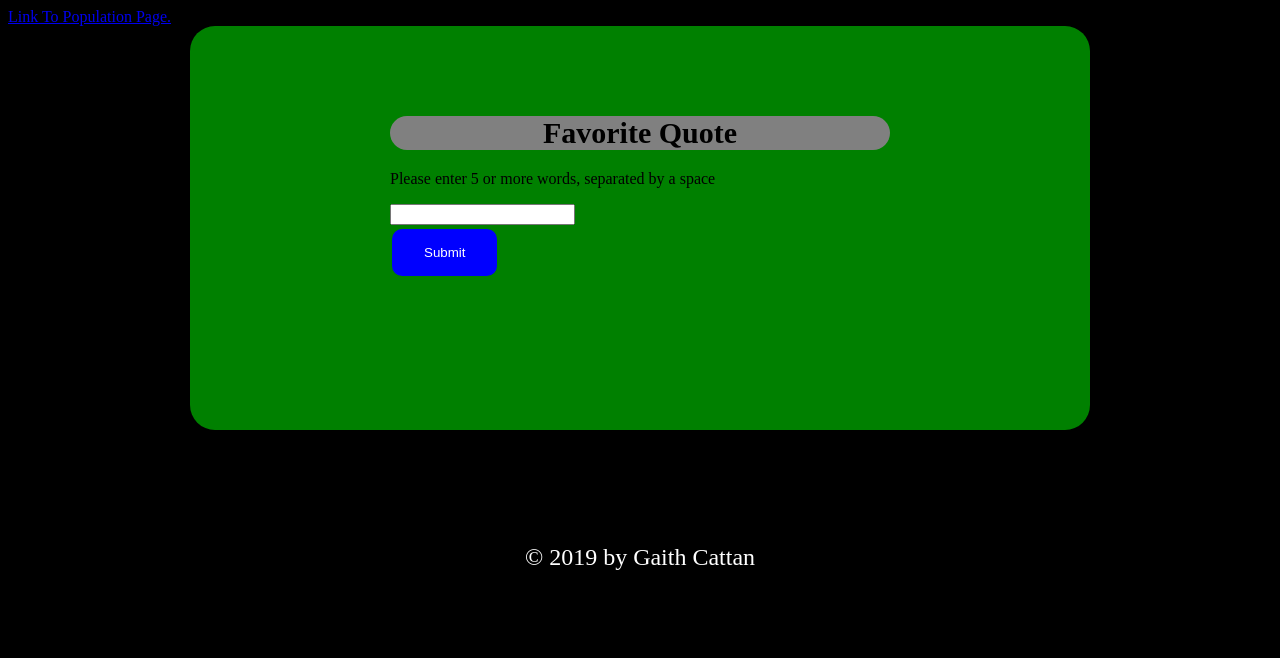
Repository: GaithCattan/COSW30
Page: labwork/lab5/favoritequote.html
The author's editor kept a record of every edit. The page is drawn from the files as they stood at one moment, then again after the next edit.
The browser window is 1280 px wide. The pictures show the whole page.

Above is the page before.

After the next edit:
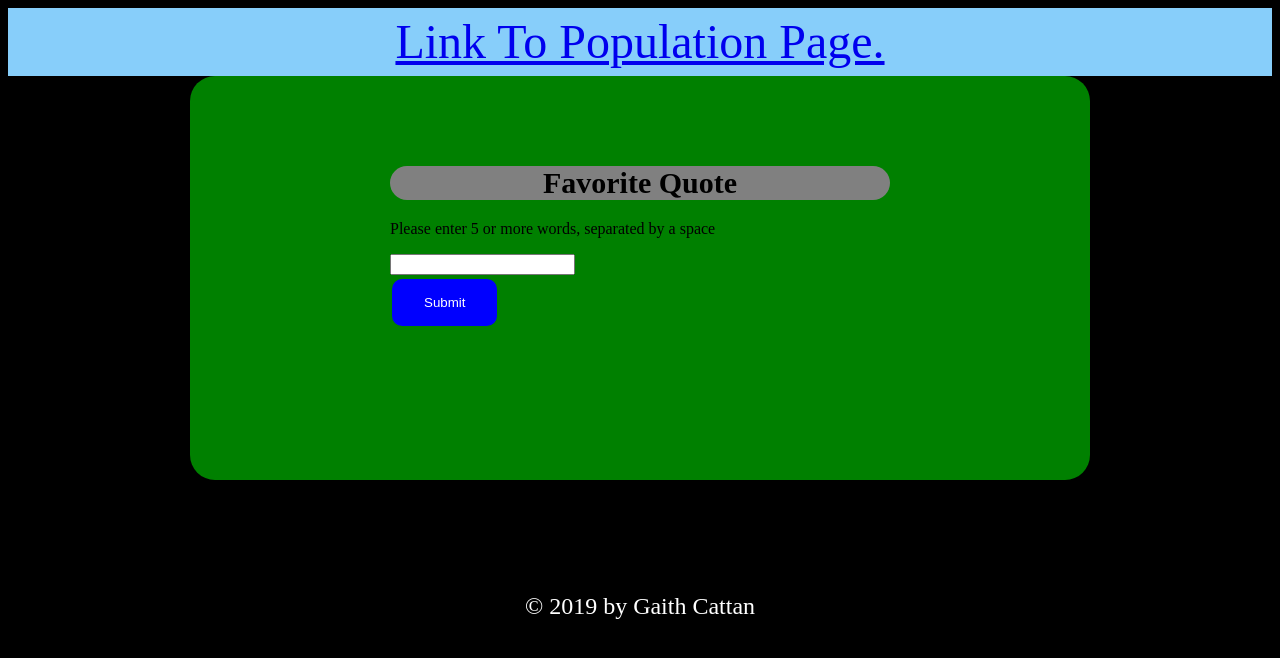
The edit:
--- a/labwork/lab5/favoritequote.html
+++ b/labwork/lab5/favoritequote.html
@@ -14,6 +14,7 @@
           #container {width: 900px;	margin-left: auto;	margin-right: auto;	padding-top: 50px;	padding-bottom: 150px; border-radius: 25px;	background-color: green;}
           #texting {width: 500px; display: block; margin-left: auto; margin-right: auto;}
           input[type=submit] {background-color: blue; border: none; border-radius: 10px;  color: white;  padding: 16px 32px;  text-decoration: none;  margin: 4px 2px;  cursor: pointer;}
+          header {margin: 0; color: black; background-color: lightskyblue; padding: 0.5%; text-align: center; font-size: 3em;}
           footer {font-size: 1.5em; color: white; text-align: center; margin-top: 9%;}
         </style>
 
